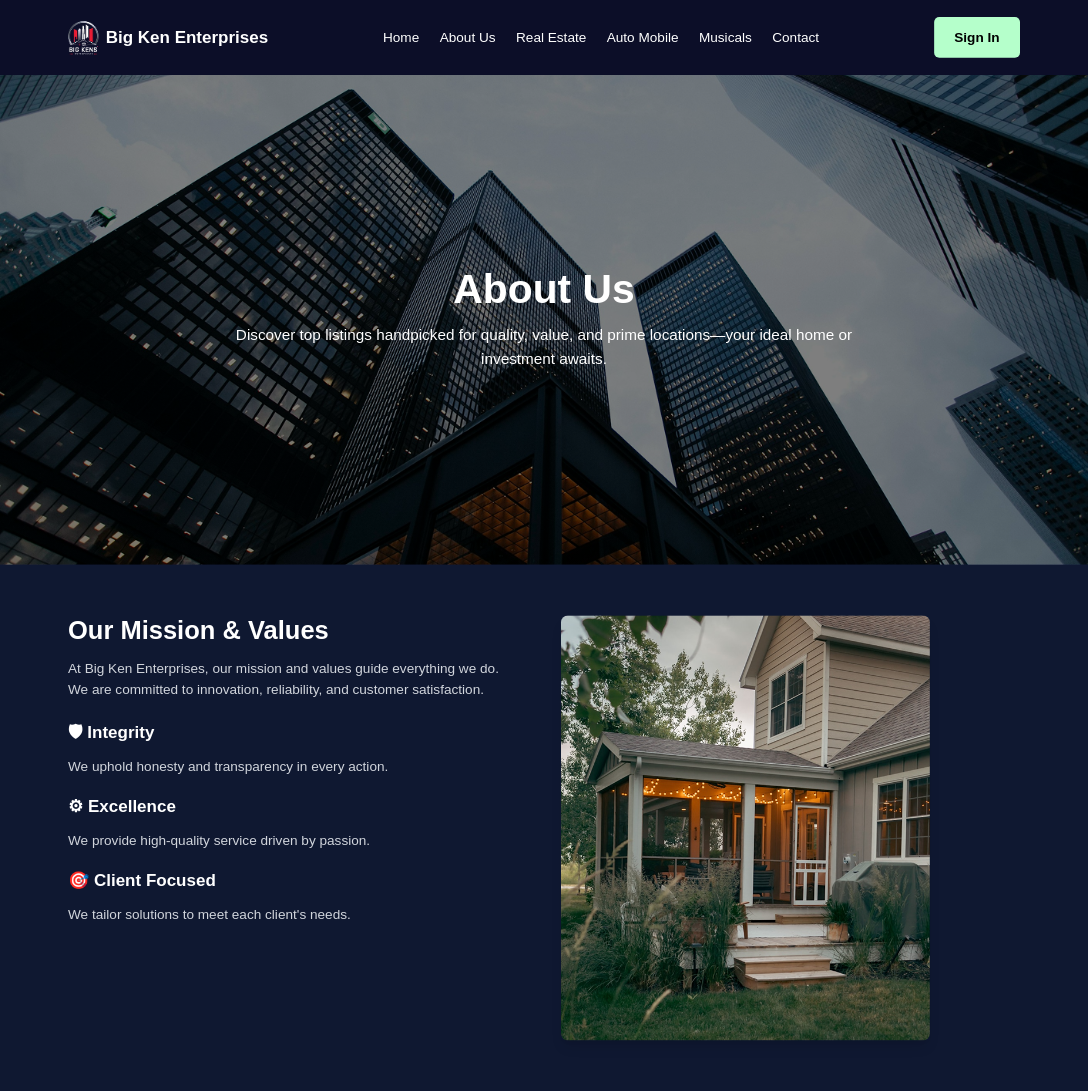
Repository: techvaro/Big-kens-realty-Frontend-react-
Page: /about (app in big-kens-realty/)
These files come from the project's save history. The page is drawn as it stood at one moment and after the next save; the edit follows.
The browser window is 1280 px wide. The pictures show the whole page, at 85% of full size.
The project was rebuilt for these pictures with package versions that can differ from the ones it lists, and the page was loaded fresh each time. Also part of the build but not shown: big-kens-realty/vite.config.js, big-kens-realty/src/components/Footer/Footer.jsx, big-kens-realty/src/components/Home/hero.jsx, big-kens-realty/src/components/Home/Services.jsx, big-kens-realty/src/components/Home/Stats.jsx, big-kens-realty/src/components/Home/About.jsx, big-kens-realty/src/components/Home/FeaturedProperties.jsx, big-kens-realty/src/components/Home/AutoMobileSale.jsx and 2 more.

Above is the page before, as saved 2025-12-08 15:58:55.

After the next save:
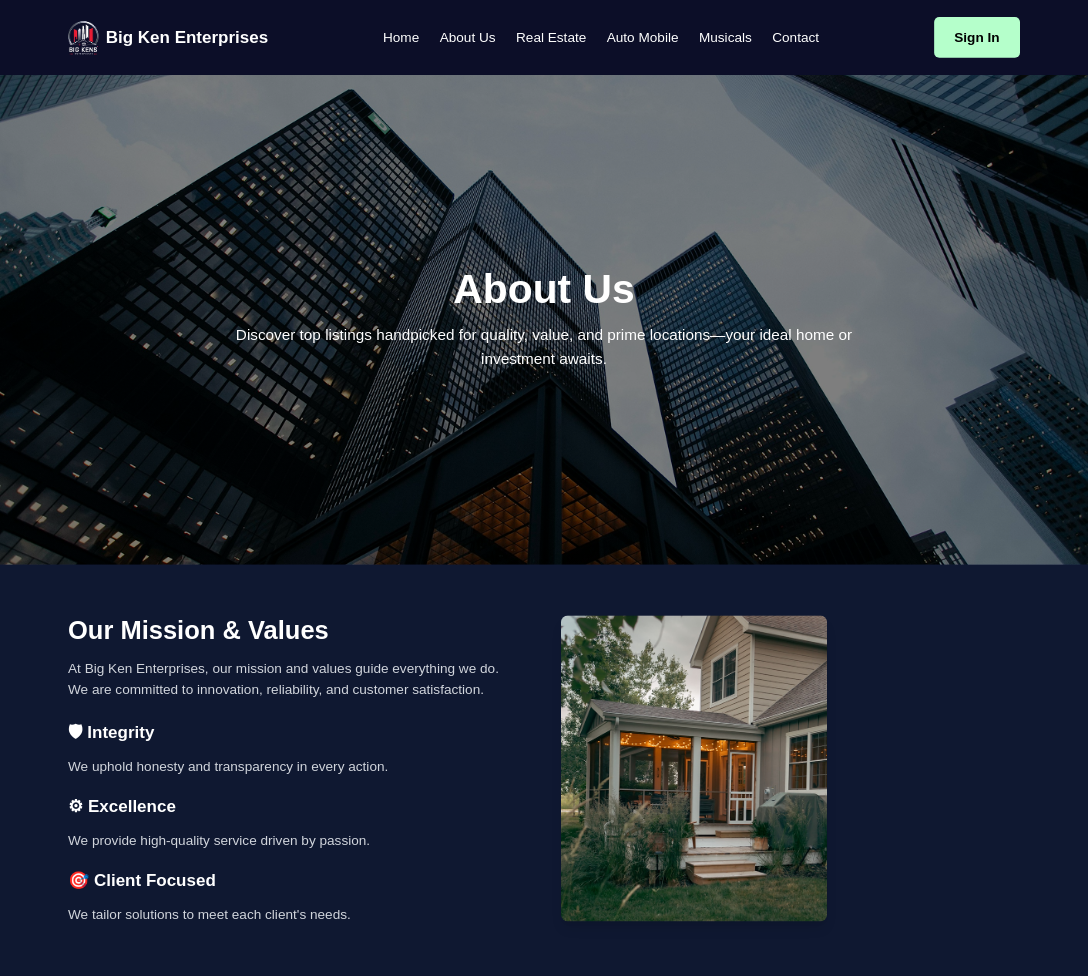
Saved 5 s later.
--- a/big-kens-realty/src/components/About/mission.jsx
+++ b/big-kens-realty/src/components/About/mission.jsx
@@ -2,35 +2,33 @@ import heroImage from "../../assets/image_about/house.png";
 // Mission & Values Section
 export default function MissionValues() {
 return (
-  <div >
-    <section className="py-16 px-4 lg:px-20 bg-[#0F1831] text-white grid md:grid-cols-2 gap-10 max-w-7xl mx-auto">
-      <div>
-        <h2 className="text-3xl font-bold mb-6">Our Mission & Values</h2>
-        <p className="mb-6 text-gray-300 max-w-lg">
-          At Big Ken Enterprises, our mission and values guide everything we do. We are committed to innovation, reliability,
-          and customer satisfaction.
-        </p>
+<section className="py-16 px-6 md:px-20 bg-[#0F1831] text-white grid md:grid-cols-2 gap-10">
+<div>
+<h2 className="text-3xl font-bold mb-6">Our Mission & Values</h2>
+<p className="mb-6 text-gray-300 max-w-lg">
+At Big Ken Enterprises, our mission and values guide everything we do. We are committed to innovation, reliability,
+and customer satisfaction.
+</p>
 
 
-        <div className="space-y-5">
-          <div>
-            <h3 className="text-xl font-semibold">🛡 Integrity</h3>
-            <p className="text-gray-300 max-w-md">We uphold honesty and transparency in every action.</p>
-          </div>
-          <div>
-            <h3 className="text-xl font-semibold">⚙ Excellence</h3>
-            <p className="text-gray-300 max-w-md">We provide high-quality service driven by passion.</p>
-          </div>
-          <div>
-            <h3 className="text-xl font-semibold">🎯 Client Focused</h3>
-            <p className="text-gray-300 max-w-md">We tailor solutions to meet each client's needs.</p>
-          </div>
-        </div>
-      </div>
+<div className="space-y-5">
+<div>
+<h3 className="text-xl font-semibold">🛡 Integrity</h3>
+<p className="text-gray-300 max-w-md">We uphold honesty and transparency in every action.</p>
+</div>
+<div>
+<h3 className="text-xl font-semibold">⚙ Excellence</h3>
+<p className="text-gray-300 max-w-md">We provide high-quality service driven by passion.</p>
+</div>
+<div>
+<h3 className="text-xl font-semibold">🎯 Client Focused</h3>
+<p className="text-gray-300 max-w-md">We tailor solutions to meet each client's needs.</p>
+</div>
+</div>
+</div>
 
 
-      <img src={heroImage} alt="House" className="rounded-lg shadow-lg max-h-[500px] object-cover" />
-    </section>
-  </div>
+<img src={heroImage} alt="House" className="rounded-lg shadow-lg h-90" />
+</section>
 );
 }
